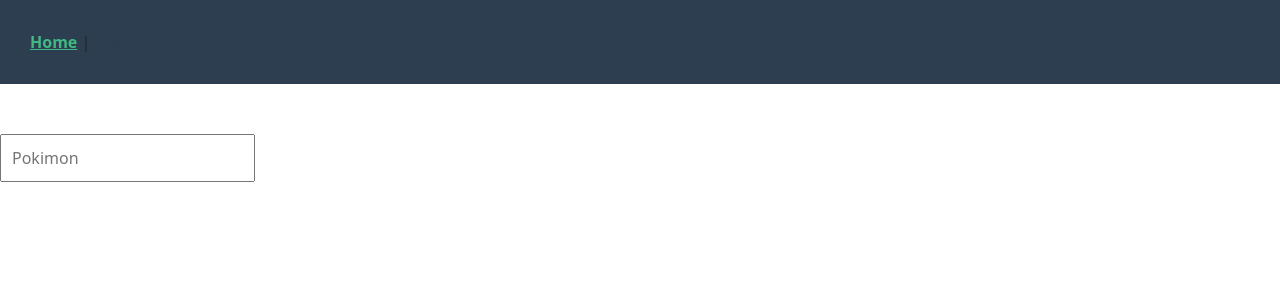
Repository: arif286/PokeDex-website
Page: /
These files come from the project's save history. The page is drawn as it stood at one moment and after the next save; the edit follows.
The browser window is 1280 px wide. The pictures show the whole page.
The page's requests for data from a server got no answer. The project was rebuilt for these pictures with package versions that can differ from the ones it lists, and the page was loaded fresh each time. No one was signed in, and anything a server would have sent is missing.

Above is the page before, as saved 2021-06-03 13:41:48.

After the next save:
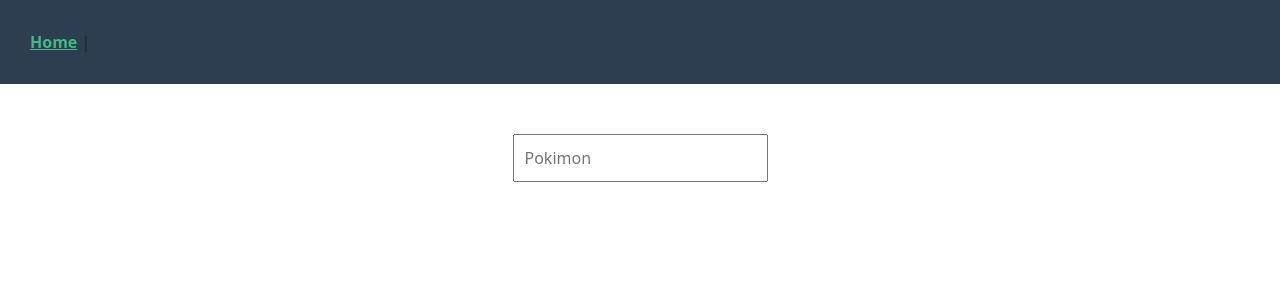
Saved 24 s later.
--- a/src/views/Home.vue
+++ b/src/views/Home.vue
@@ -61,4 +61,7 @@ export default {
   margin-top: 50px;
   padding: 10px;
 }
+.home {
+  text-align: center;
+}
 </style>
